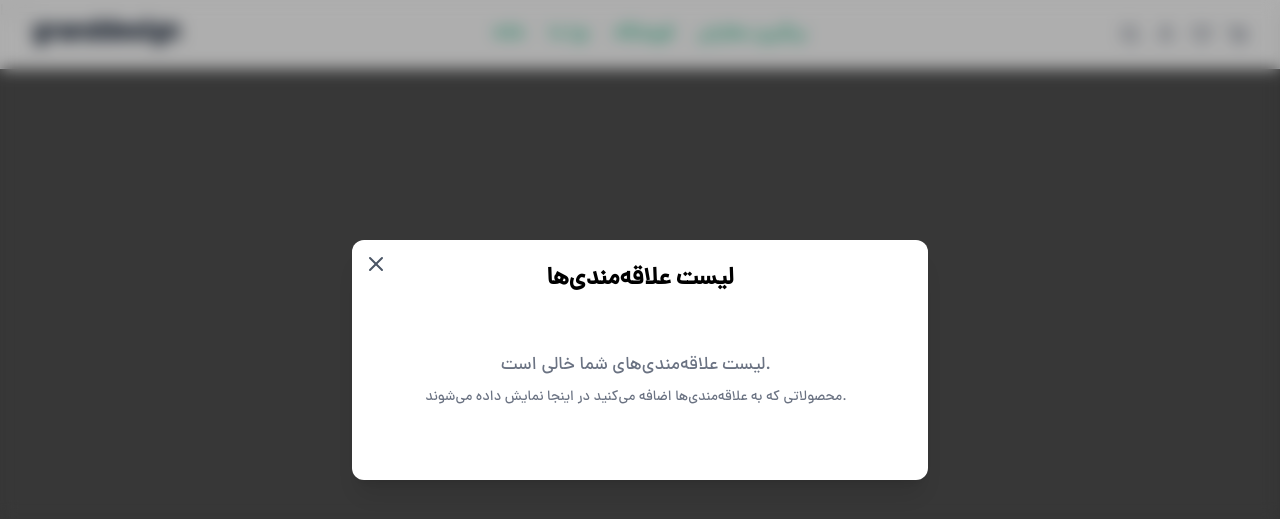
Repository: Aihan-2005/granddesign.frontend
Page: /login, after clicking the first element matching `button[aria-label="علاقه‌مندی‌ها"]`
An editor plug-in stored every save of this project. The page is shown before and after the next save, followed by the edit.
The browser window is 1280 px wide. The pictures show the whole page.
The project was rebuilt for these pictures with package versions that can differ from the ones it lists, and the page was loaded fresh each time. The framework's server and built-in components were replaced by stand-ins that run in the browser. Also part of the build but not shown: next.config.mjs, src/components/store/modal/Search.jsx, src/zustand/useAuthStore.jsx, src/components/store/modal/Login.jsx, src/components/store/modal/CartModal.jsx.

Above is the page before, as saved 2025-09-16 01:58:46.

### src/app/layout.jsx
import { Geist, Geist_Mono } from "next/font/google";
import "./globals.css";
import Header from './../components/store/Headers';
import Search from './../components/store/modal/Search';
import LoginModal from './../components/store/modal/Login';
import CartModal from './../components/store/modal/CartModal';
import FavoritesModal from "@/components/store/modal/FavoritesModal";

const geistSans = Geist({
  variable: "--font-geist-sans",
  subsets: ["latin"],
});

const geistMono = Geist_Mono({
  variable: "--font-geist-mono",
  subsets: ["latin"],
});

export const metadata = {
  title: "Create Next App",
  description: "Generated by create next app",
};

export default function RootLayout({ children }) {
  return (
    <html lang="en">
      <body className={`${geistSans.variable} ${geistMono.variable} antialiased`}>
        <Header />
        {children}
        <Search/>
        <LoginModal />
        <FavoritesModal/>
        <CartModal />
      </body>
    </html>
  );
}

### src/app/(fullpage)/layout.jsx
export default function LayoutRegister({children}){
    return(
        <>
        {children}
        </>
    )
}

### src/app/(fullpage)/login/page.jsx
export default function LoginPage(){
    return (
        <>
         <div>Login</div>
         </>
    )
}

### src/app/globals.css
@import "tailwindcss";



@font-face {
  font-family: "Biski";
  src: url("/Fonts/biski/BiskiTrial-Regular.otf") format(opentype);
}
@font-face {
  font-family: "Dana";
  src: url("/Fonts/dana/dana medium.ttf") format(truetype);
}
@font-face {
  font-family: "Niaz";
  src: url("/Fonts/niaz/niaz.ttf") format(truetype);
}

*{
  font-family:"Dana";
   scroll-behavior: smooth;
}




body::-webkit-scrollbar {
    width: 7px;
}

body::-webkit-scrollbar-track {
    background-color: inherit;
    border-radius: 25px;
}

body::-webkit-scrollbar-thumb {
    background-color: rgb(130, 130, 130);
    border-radius: 25px;
}

.changeScroll::-webkit-scrollbar {
    height:  7px;
}

.changeScroll::-webkit-scrollbar-track {
    background-color: inherit;
    border-radius: 25px;
}

.changeScroll::-webkit-scrollbar-thumb {
    background-color: rgb(130, 130, 130);
    border-radius: 25px;
}


body {
background-color: rgba(49, 49, 49, 0.901);
width: 100%;
height: 100%;
}


input:-webkit-autofill,
input:-webkit-autofill:hover,
input:-webkit-autofill:focus,
input:-webkit-autofill:active {
    -webkit-box-shadow: 0 0 0px 1000px #0f172a00 inset !important;
    box-shadow: 0 0 0px 1000px #0f172a00 inset !important;
    -webkit-text-fill-color: #fff !important;
    caret-color: #ffffff !important;
    border-color: #94a3b800 !important;
    transition: background-color 9999s ease-in-out 0s, color 9999s ease-in-out 0s;
    appearance: none;
}
.no-scrollbar::-webkit-scrollbar {
  display: none;
}
.no-scrollbar {
  -ms-overflow-style: none;  /* IE and Edge */
  scrollbar-width: none;  /* Firefox */
}

### src/components/store/modal/FavoritesModal.jsx

"use client";
import { useWishlistStore } from "@/zustand/favoritesStore";
import { useCartStore } from "@/zustand/cartStore";
import { X, Trash2, Plus } from "lucide-react";
import { useRef } from "react";
import Image from "next/image";

export default function FavoritesModal() {
  const { isFavoritesOpen, closeFavorites, wishlistItems, removeFromWishlist } = useWishlistStore();
  const { addItem } = useCartStore();
  const modalRef = useRef();

  const handleBackdropClick = (e) => {
    if (e.target === modalRef.current) {
      closeFavorites();
    }
  };

  if (!isFavoritesOpen) return null;

  const handleAddToCart = (product) => {
    addItem(product);

  };

  return (
    <div
      ref={modalRef}
      onClick={handleBackdropClick}
      className="fixed inset-0 z-50 bg-black/20 backdrop-blur-sm flex items-center justify-center"
    >
      <div className="bg-white w-full max-w-xl p-6 rounded-xl shadow-xl relative flex flex-col" style={{ maxHeight: "90vh" }}>
        <button
          className="absolute top-3 left-3 text-gray-600 hover:text-black"
          onClick={closeFavorites}
        >
          <X />
        </button>

        <h2 className="text-2xl font-bold mb-6 text-center">لیست علاقه‌مندی‌ها</h2>

        <div className="overflow-y-auto flex-1 mb-4 pr-2">
          {wishlistItems.length === 0 ? (
            <div className="text-center text-gray-500 py-8">
              <p className="text-lg">لیست علاقه‌مندی‌های شما خالی است.</p>
              <p className="text-sm mt-2">محصولاتی که به علاقه‌مندی‌ها اضافه می‌کنید در اینجا نمایش داده می‌شوند.</p>
            </div>
          ) : (
            <div className="space-y-4">
              {wishlistItems.map((item) => (
                <div
                  key={item.id}
                  className="border rounded-lg p-4"
                >
                  <div className="flex items-center gap-4 mb-3">
                    <div className="relative w-20 h-20">
                      <Image
                        src={item.image}
                        alt={item.name}
                        fill
                        className="rounded-lg object-cover"
                      />
                    </div>
                    <div className="flex-1">
                      <h3 className="font-semibold text-lg">{item.name}</h3>
                      <p className="text-sm text-gray-500 mb-2">
                        {item.description}
                      </p>
                      <p className="text-sm text-gray-500">
                        قیمت: {item.price.toLocaleString()} تومان
                      </p>
                    </div>
                    <div className="font-bold text-emerald-600">
                      {item.price.toLocaleString()} تومان
                    </div>
                  </div>

                  <div className="flex gap-2">
                    <button
                      onClick={() => handleAddToCart(item)}
                      className="flex-1 py-2 flex items-center justify-center gap-2 text-green-600 border border-green-100 rounded-lg hover:bg-green-50 transition-colors"
                    >
                      <Plus size={16} />
                      <span>افزودن به سبد خرید</span>
                    </button>

                    <button
                      onClick={() => removeFromWishlist(item.id)}
                      className="flex-1 py-2 flex items-center justify-center gap-2 text-red-500 border border-red-100 rounded-lg hover:bg-red-50 transition-colors"
                    >
                      <Trash2 size={16} />
                      <span>حذف</span>
                    </button>
                  </div>
                </div>
              ))}
            </div>
          )}
        </div>
      </div>
    </div>
  );
}

### src/zustand/Search.jsx
import { create } from "zustand";


export const useSearchStore = create((set) => ({
  isSearchOpen: false,
  openSearch: () => set({ isSearchOpen: true }),
  closeSearch: () => set({ isSearchOpen: false }),
}));

### src/zustand/loginStore.jsx
import { create } from "zustand";


export const useLoginStore = create((set)=>({
    isLoginOpen : false,
    openLogin:()=>set({isLoginOpen:true}),
    closeLogin:()=>set({isLoginOpen:false})
}));

### src/zustand/cartStore.jsx
// import { create } from "zustand";

// export const useCartStore = create((set) => ({
//   isCartOpen: false,
//   items: [],

//   openCart: () => set({ isCartOpen: true }),
//   closeCart: () => set({ isCartOpen: false }),

//   addItem: (product) =>
//     set((state) => {
//       const existing = state.items.find((item) => item.id === product.id);
//       if (existing) {
//         return {
//           items: state.items.map((item) =>
//             item.id === product.id
//               ? { ...item, quantity: item.quantity + 1 }
//               : item
//           ),
//         };
//       }
//       return {
//         items: [...state.items, { ...product, quantity: 1 }],
//       };
//     }),

//   removeItem: (id) =>
//     set((state) => ({
//       items: state.items.filter((item) => item.id !== id),
//     })),
// }));
// src/zustand/cartStore.js
import { create } from 'zustand';
import { persist } from 'zustand/middleware'; // اضافه کردن این import

export const useCartStore = create(
  persist( // اضافه کردن persist
    (set, get) => ({
      items: [],
      isCartOpen: false,

      openCart: () => set({ isCartOpen: true }),
      closeCart: () => set({ isCartOpen: false }),

      addItem: (product) => set((state) => {
        const existingItem = state.items.find(item => item.id === product.id);
        if (existingItem) {
          return {
            items: state.items.map(item =>
              item.id === product.id
                ? { ...item, quantity: item.quantity + 1 }
                : item
            )
          };
        } else {
          return {
            items: [...state.items, { ...product, quantity: 1 }]
          };
        }
      }),

      removeItem: (productId) => set((state) => ({
        items: state.items.filter(item => item.id !== productId)
      })),

      updateQuantity: (productId, newQuantity) => set((state) => ({
        items: state.items.map(item =>
          item.id === productId
            ? { ...item, quantity: Math.max(0, newQuantity) }
            : item
        ).filter(item => item.quantity > 0)
      })),

      clearCart: () => set({ items: [] })
    }),
    {
      name: 'cart-storage', // نام برای localStorage
    }
  )
);

### src/zustand/favoritesStore.jsx
// // src/zustand/wishlistStore.js
// import { create } from 'zustand';
// import { persist } from 'zustand/middleware';

// export const useWishlistStore = create(
//   persist(
//     (set, get) => ({
//       wishlistItems: [],

//       // اضافه کردن محصول به علاقه‌مندی‌ها
//       addToWishlist: (product) => set((state) => {
//         const exists = state.wishlistItems.find(item => item.id === product.id);
//         if (!exists) {
//           return { wishlistItems: [...state.wishlistItems, product] };
//         }
//         return state;
//       }),

//       // حذف محصول از علاقه‌مندی‌ها
//       removeFromWishlist: (productId) => set((state) => ({
//         wishlistItems: state.wishlistItems.filter(item => item.id !== productId)
//       })),

//       // تغییر وضعیت محصول در علاقه‌مندی‌ها
//       toggleWishlistItem: (product) => set((state) => {
//         const exists = state.wishlistItems.find(item => item.id === product.id);
//         if (exists) {
//           return {
//             wishlistItems: state.wishlistItems.filter(item => item.id !== product.id)
//           };
//         } else {
//           return {
//             wishlistItems: [...state.wishlistItems, product]
//           };
//         }
//       }),

//       // پاک کردن همه علاقه‌مندی‌ها
//       clearWishlist: () => set({ wishlistItems: [] }),

//       // بررسی وجود محصول در علاقه‌مندی‌ها
//       isInWishlist: (productId) => {
//         return get().wishlistItems.some(item => item.id === productId);
//       }
//     }),
//     {
//       name: 'wishlist-storage', // نام برای ذخیره در localStorage
//     }
//   )
// );
// src/zustand/wishlistStore.js
// src/zustand/favoritesStore.js
import { create } from 'zustand';
import { persist } from 'zustand/middleware';

export const useWishlistStore = create(
  persist(
    (set, get) => ({
      wishlistItems: [],
      isFavoritesOpen: false, // اضافه کردن این خط

      // توابع جدید برای مدیریت modal
      openFavorites: () => set({ isFavoritesOpen: true }),
      closeFavorites: () => set({ isFavoritesOpen: false }),

      // توابع قبلی...
      addToWishlist: (product) => set((state) => {
        const exists = state.wishlistItems.find(item => item.id === product.id);
        if (!exists) {
          return { wishlistItems: [...state.wishlistItems, product] };
        }
        return state;
      }),

      removeFromWishlist: (productId) => set((state) => ({
        wishlistItems: state.wishlistItems.filter(item => item.id !== productId)
      })),

      toggleWishlistItem: (product) => set((state) => {
        const exists = state.wishlistItems.find(item => item.id === product.id);
        if (exists) {
          return {
            wishlistItems: state.wishlistItems.filter(item => item.id !== product.id),
            isFavoritesOpen: true // باز نگه داشتن modal بعد از حذف
          };
        } else {
          return {
            wishlistItems: [...state.wishlistItems, product],
            isFavoritesOpen: true // باز نگه داشتن modal بعد از اضافه کردن
          };
        }
      }),

      clearWishlist: () => set({ wishlistItems: [] }),

      isInWishlist: (productId) => {
        return get().wishlistItems.some(item => item.id === productId);
      }
    }),
    {
      name: 'wishlist-storage',
    }
  )
);

Loaded but not shown: src/zustand/store.js (18 lines, source omitted); src/components/store/Headers.jsx (396 lines, source omitted)

After the next save:
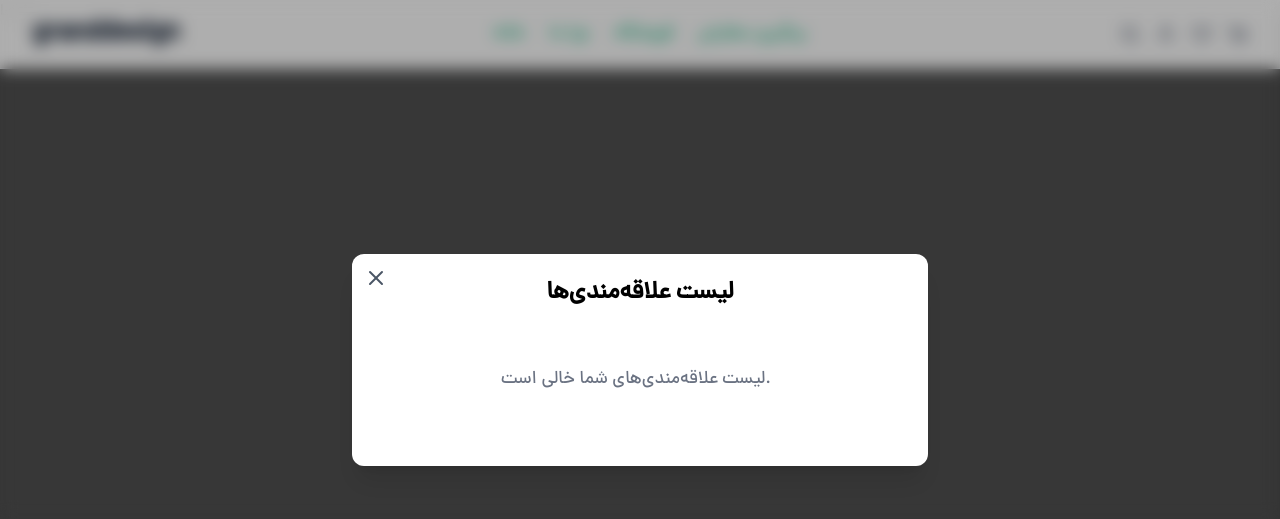
Saved 19 s later.
--- a/src/components/store/modal/FavoritesModal.jsx
+++ b/src/components/store/modal/FavoritesModal.jsx
@@ -44,7 +44,7 @@ export default function FavoritesModal() {
           {wishlistItems.length === 0 ? (
             <div className="text-center text-gray-500 py-8">
               <p className="text-lg">لیست علاقه‌مندی‌های شما خالی است.</p>
-              <p className="text-sm mt-2">محصولاتی که به علاقه‌مندی‌ها اضافه می‌کنید در اینجا نمایش داده می‌شوند.</p>
+
             </div>
           ) : (
             <div className="space-y-4">
